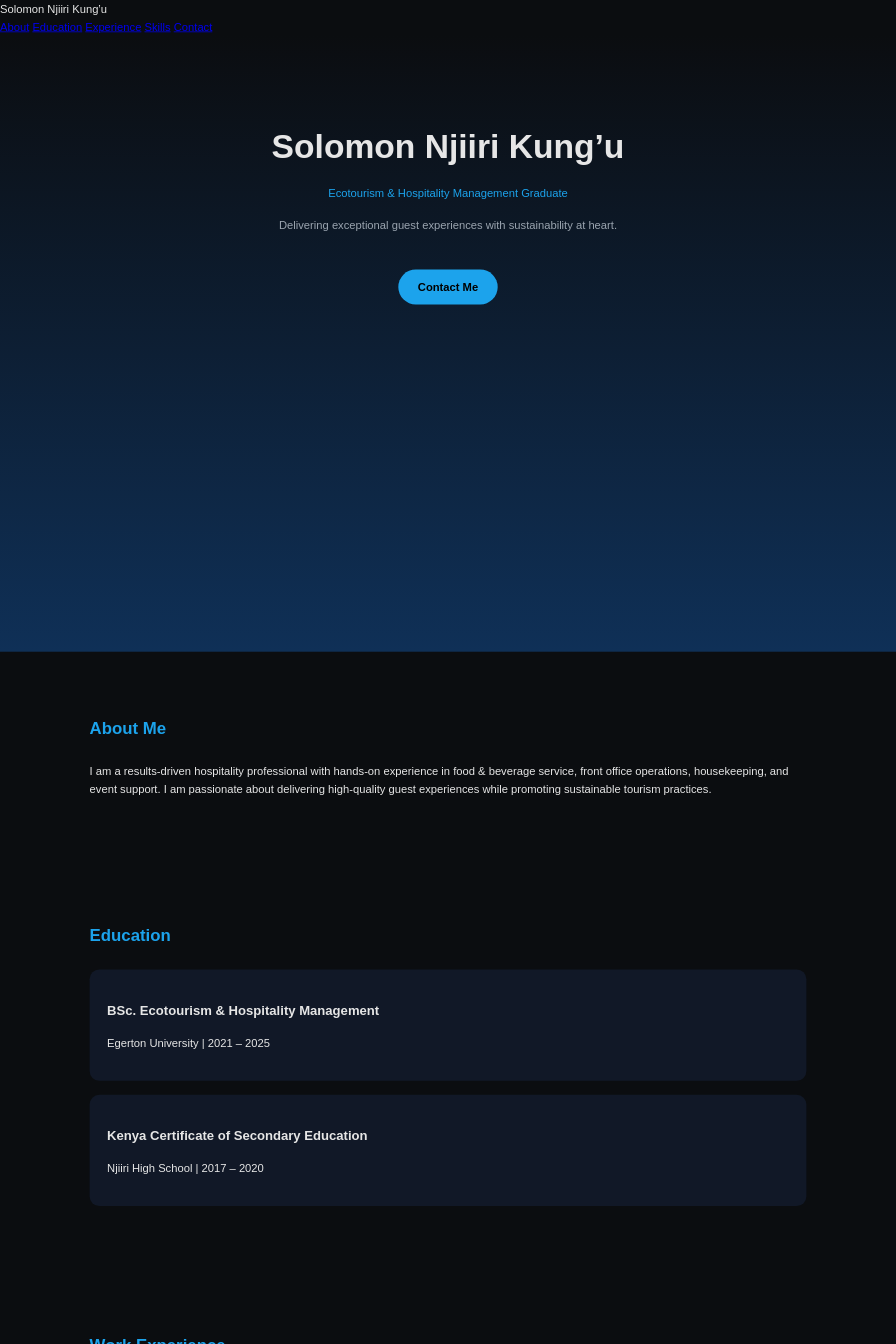
Repository: ladygit-comits/Solomon_Portfolio
Page: index.html
The author's editor kept a copy of each file at every save. The page is drawn from the files as they stood at one save, then again after the next save.
The browser window is 1280 px wide. The pictures show the part of the page from y = 0 to 1920 px (the page is 4016 px tall before and 3995 px after), at 70% of full size.

Above is the page before, as saved 2025-12-31 13:12:34.

After the next save:
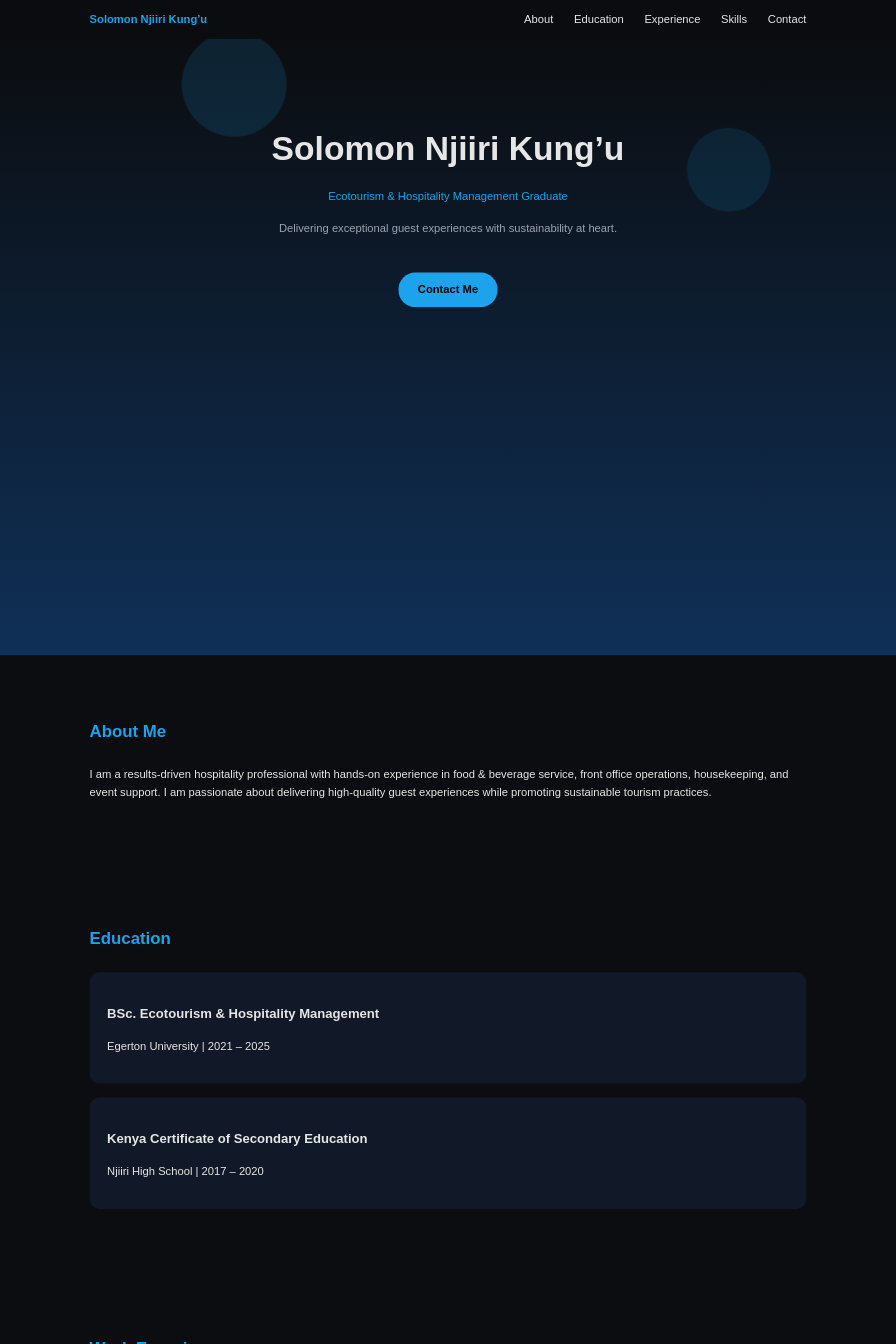
Saved 67 s later.
--- a/style.css
+++ b/style.css
@@ -94,3 +94,105 @@ body {
   box-shadow: 0 0 20px var(--accent-blue), 0 0 40px var(--accent-blue);
   transform: translateY(-3px);
 }
+/* NAVBAR */
+.navbar {
+  position: sticky;
+  top: 0;
+  display: flex;
+  justify-content: space-between;
+  align-items: center;
+  padding: 15px 10%;
+  background: rgba(11,13,16,0.95);
+  z-index: 1000;
+}
+
+.navbar .logo {
+  font-weight: 700;
+  color: var(--accent-blue);
+}
+
+.navbar nav a {
+  color: var(--text-light);
+  margin-left: 25px;
+  text-decoration: none;
+  font-weight: 500;
+  transition: color 0.3s;
+}
+
+.navbar nav a:hover {
+  color: var(--accent-blue);
+}
+
+/* SCROLL TO TOP BUTTON */
+#scrollTopBtn {
+  position: fixed;
+  bottom: 30px;
+  right: 30px;
+  padding: 12px 16px;
+  font-size: 20px;
+  border: none;
+  border-radius: 50%;
+  background-color: var(--accent-blue);
+  color: #000;
+  cursor: pointer;
+  display: none; /* hide by default */
+  box-shadow: 0 4px 12px rgba(28,163,236,0.4);
+  transition: opacity 0.3s, transform 0.3s;
+}
+
+#scrollTopBtn:hover {
+  transform: translateY(-3px);
+  opacity: 0.8;
+}
+
+/* TYPEWRITER TAGLINE */
+.typewriter {
+  overflow: hidden;
+  border-right: 2px solid var(--accent-blue);
+  white-space: nowrap;
+  margin: 0 auto;
+  letter-spacing: 2px;
+  animation: typing 4s steps(60, end), blink 0.7s infinite;
+}
+
+@keyframes typing {
+  from { width: 0; }
+  to { width: 100%; }
+}
+
+@keyframes blink {
+  50% { border-color: transparent; }
+}
+
+/* FLOATING SHAPES */
+.hero::before {
+  content: '';
+  position: absolute;
+  width: 150px;
+  height: 150px;
+  background: var(--accent-blue);
+  border-radius: 50%;
+  top: 50px;
+  left: 20%;
+  opacity: 0.15;
+  animation: float 6s ease-in-out infinite alternate;
+}
+
+.hero::after {
+  content: '';
+  position: absolute;
+  width: 120px;
+  height: 120px;
+  background: var(--accent-blue);
+  border-radius: 50%;
+  top: 200px;
+  right: 15%;
+  opacity: 0.12;
+  animation: float 8s ease-in-out infinite alternate-reverse;
+}
+
+@keyframes float {
+  0% { transform: translateY(0) translateX(0); }
+  50% { transform: translateY(-20px) translateX(15px); }
+  100% { transform: translateY(0) translateX(0); }
+}
